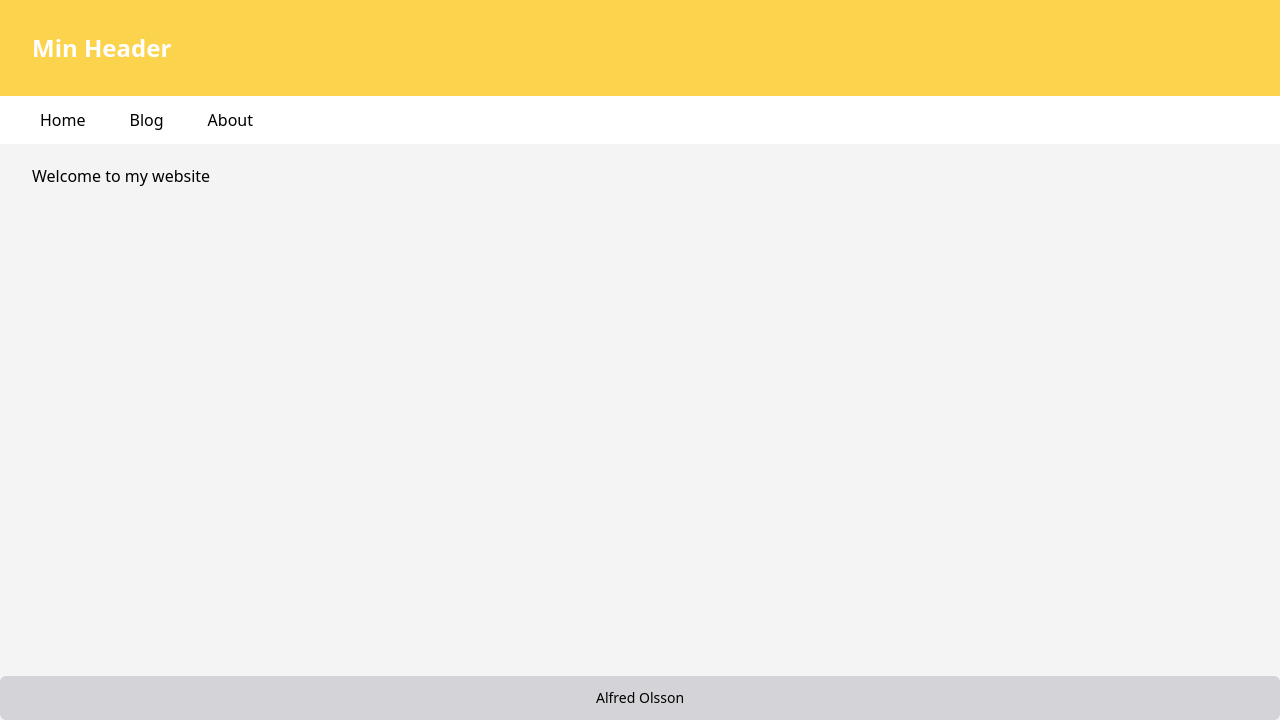
Repository: AlligatorAffe/NextWebsite
Page: /
The author's editor kept a copy of each file at every save. The page is drawn from the files as they stood at one save, then again after a run of saves.
The browser window is 1280 px wide. The pictures show the whole page.
The project was rebuilt for these pictures with package versions that can differ from the ones it lists, and the page was loaded fresh each time. The framework's server and built-in components were replaced by stand-ins that run in the browser. Also part of the build but not shown: next.config.js.

Above is the page before, as saved 2024-01-04 22:03:17.

After the next 5 saves:
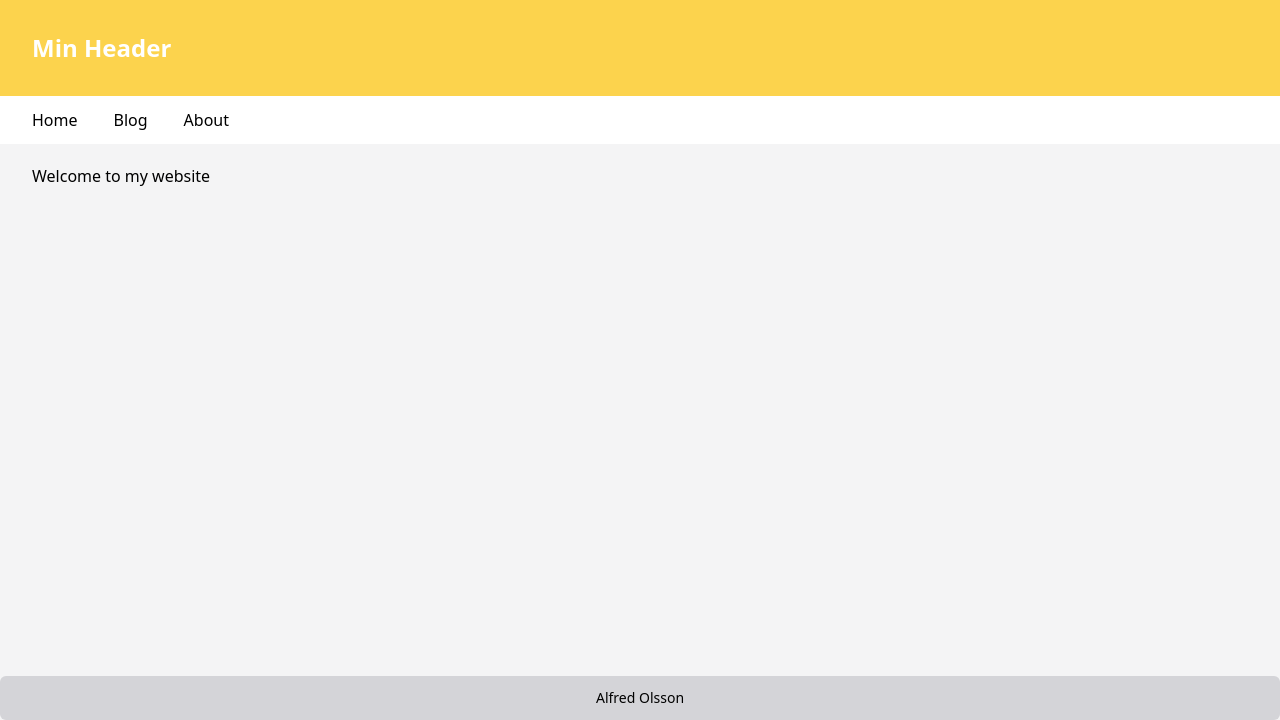
The 5 saves are shown as one change because they came seconds apart.
The last was saved 15 s later.
--- a/app/layout.tsx
+++ b/app/layout.tsx
@@ -64,7 +64,7 @@ export default function RootLayout({
             <ul className="flex space-x-4">
               {navLinks.map((link, index) => (
                 <li key={index}>
-                  <div className="pl-7">
+                  <div className="pl-5">
                     <Link href={link.href} >
                       {link.label}
                     </Link>
